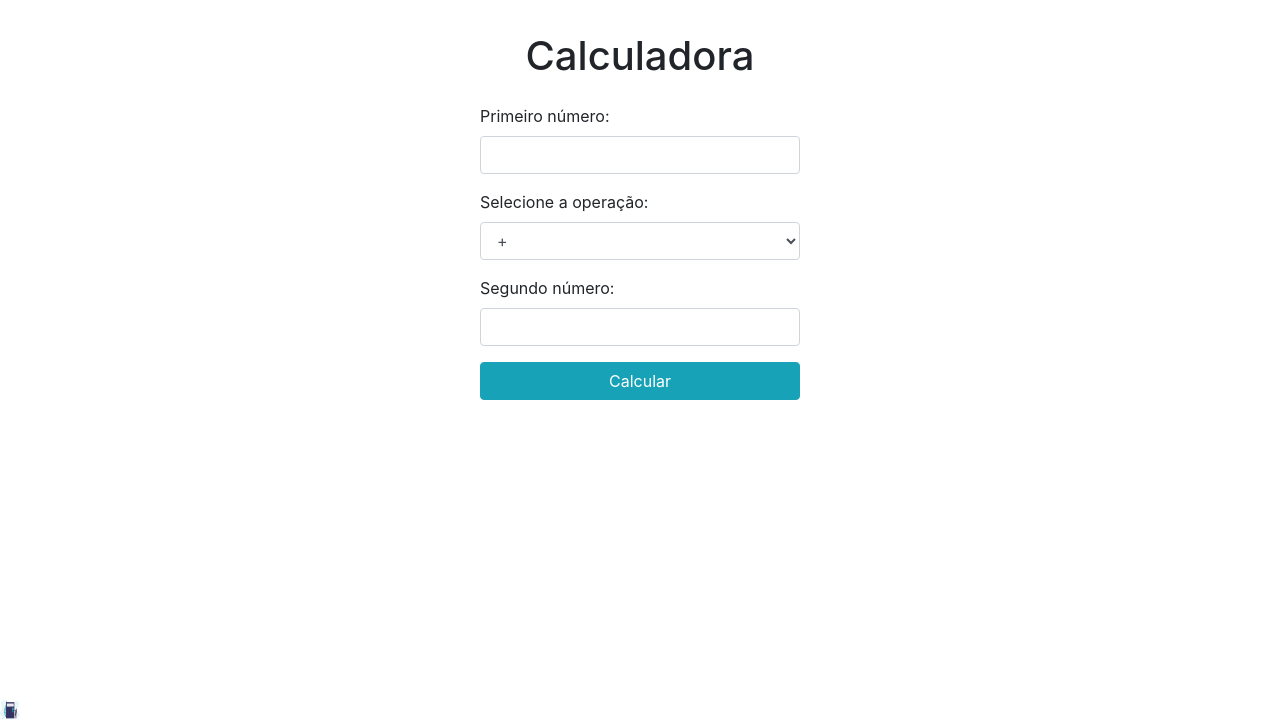
Repository: babirms/DAC
Page: Calculadora/WebContent/home.html
These files come from the project's save history. The page is drawn as it stood at one moment and after the next save; the edit follows.
The browser window is 1280 px wide. The pictures show the whole page.

Above is the page before, as saved 2020-09-20 23:45:36.
Console error (its wording comes from the project's code and is left out).

After the next save:
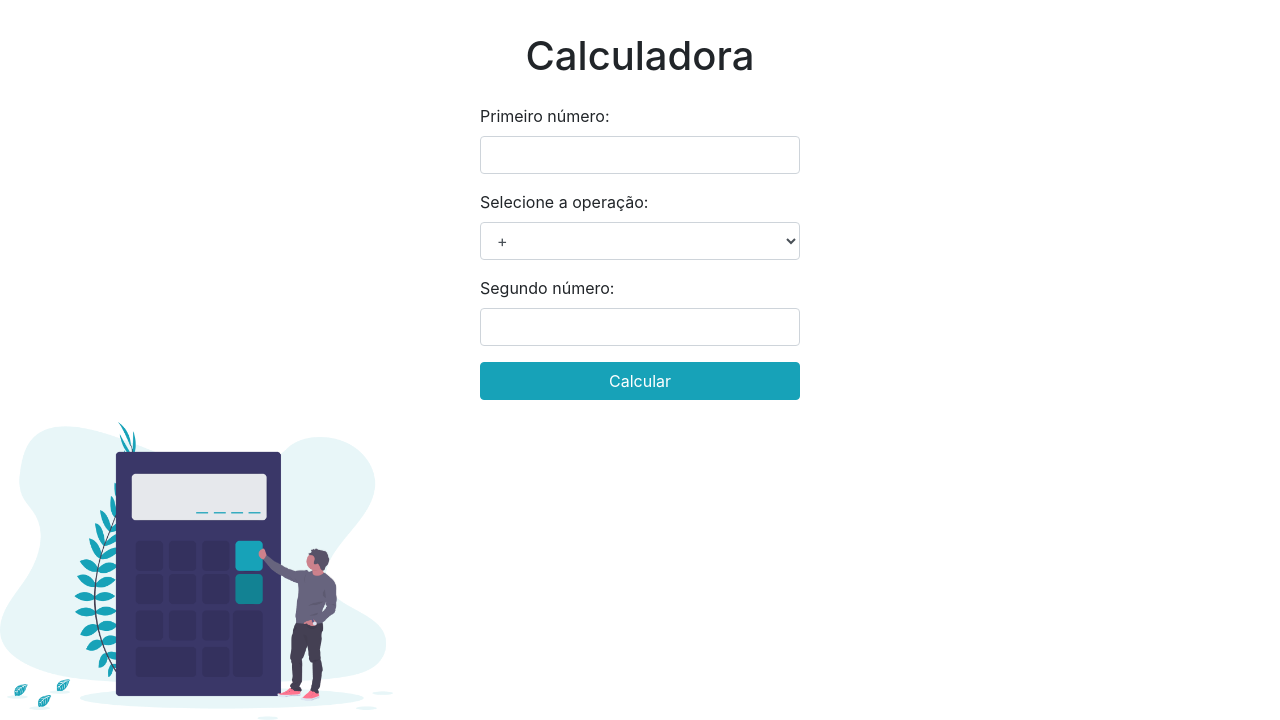
Saved 69 s later.
--- a/Calculadora/WebContent/home.html
+++ b/Calculadora/WebContent/home.html
@@ -9,7 +9,7 @@
 <style>
 body {
 	background-image: url("bootstrap/images/home_bg.png");
-	background-size: 20px 20px;
+	background-size: 393px 299px;
 	background-position: left bottom;
 	background-repeat: no-repeat;
 	background-attachment: fixed;
